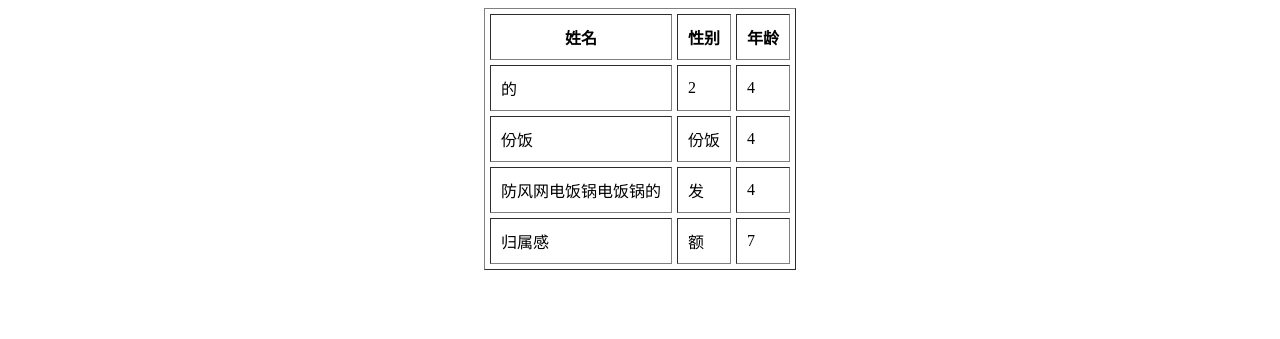
Repository: TheBestBadGuy0228/code
Page: day2_表格基本语法.html
The author's editor kept a copy of each file at every save. The page is drawn from the files as they stood at one save, then again after the next save.
The browser window is 1280 px wide. The pictures show the whole page.

Above is the page before, as saved 2021-06-23 14:46:15.

After the next save:
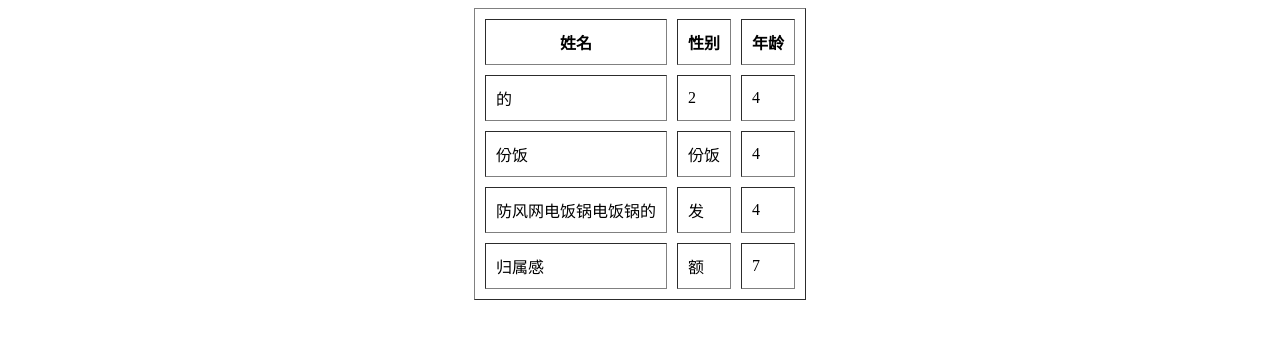
Saved 16 s later.
--- a/day2_表格基本语法.html
+++ b/day2_表格基本语法.html
@@ -16,7 +16,7 @@
 
 <body>
     <!-- 属性写在table标签中 -->
-    <table align="center" border="1" cellpadding="10" cellspacing="5">
+    <table align="center" border="1" cellpadding="10" cellspacing="10">
         <tr>
             <th>姓名</th>
             <th>性别</th>

After the save that followed:
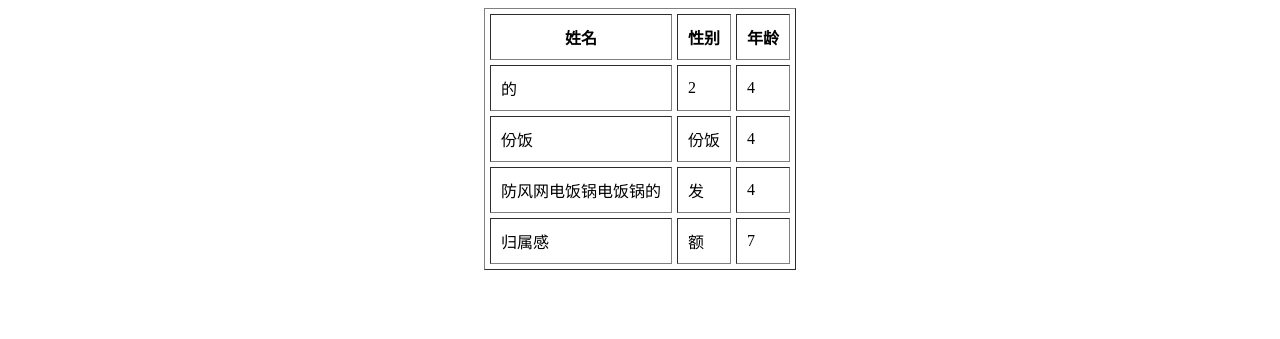
Saved 7 s later.
--- a/day2_表格基本语法.html
+++ b/day2_表格基本语法.html
@@ -16,7 +16,7 @@
 
 <body>
     <!-- 属性写在table标签中 -->
-    <table align="center" border="1" cellpadding="10" cellspacing="10">
+    <table align="center" border="1" cellpadding="10" cellspacing="5">
         <tr>
             <th>姓名</th>
             <th>性别</th>
